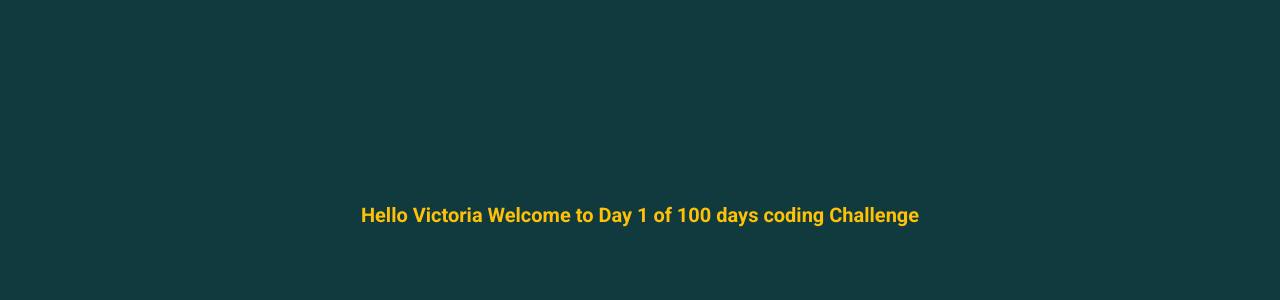
Repository: VickyJacob23/100DaysOfCoding
Page: day1/index.html
The author's editor kept a copy of each file at every save. The page is drawn from the files as they stood at one save, then again after the next save.
The browser window is 1280 px wide. The pictures show the whole page.

Above is the page before, as saved 2024-08-14 11:59:50.

After the next save:
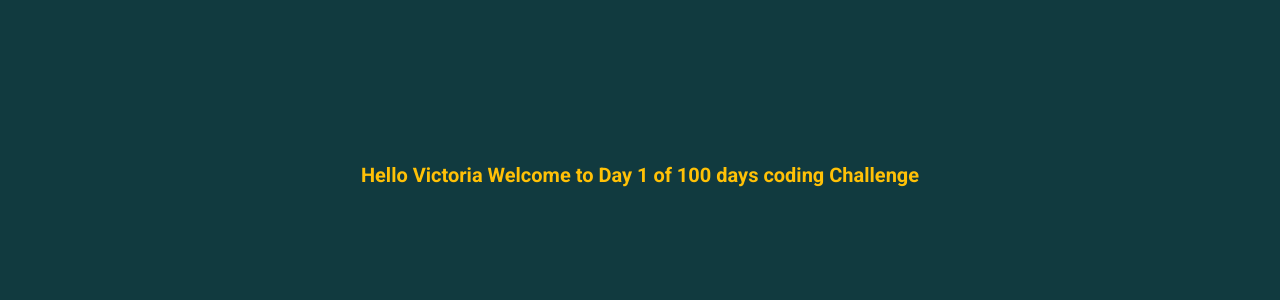
Saved 14 s later.
--- a/day1/style.css
+++ b/day1/style.css
@@ -6,5 +6,5 @@ body {
   display: flex;
   justify-content: center;
   align-items: center;
-  margin: 10em auto;
+  margin: 8em auto;
 }
